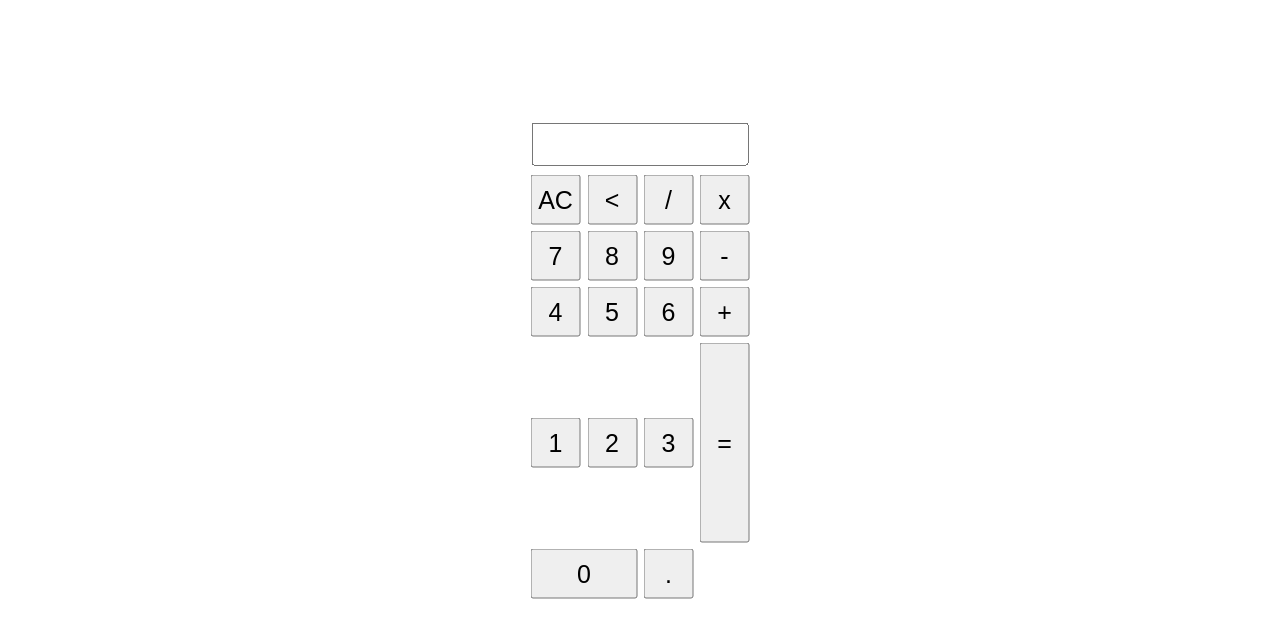
Repository: lacey-crenshaw/calculator
Page: index.html
The author's editor kept a copy of each file at every save. The page is drawn from the files as they stood at one save, then again after the next save.
The browser window is 1280 px wide. The pictures show the whole page.

Above is the page before, as saved 2020-02-14 09:58:37.

After the next save:
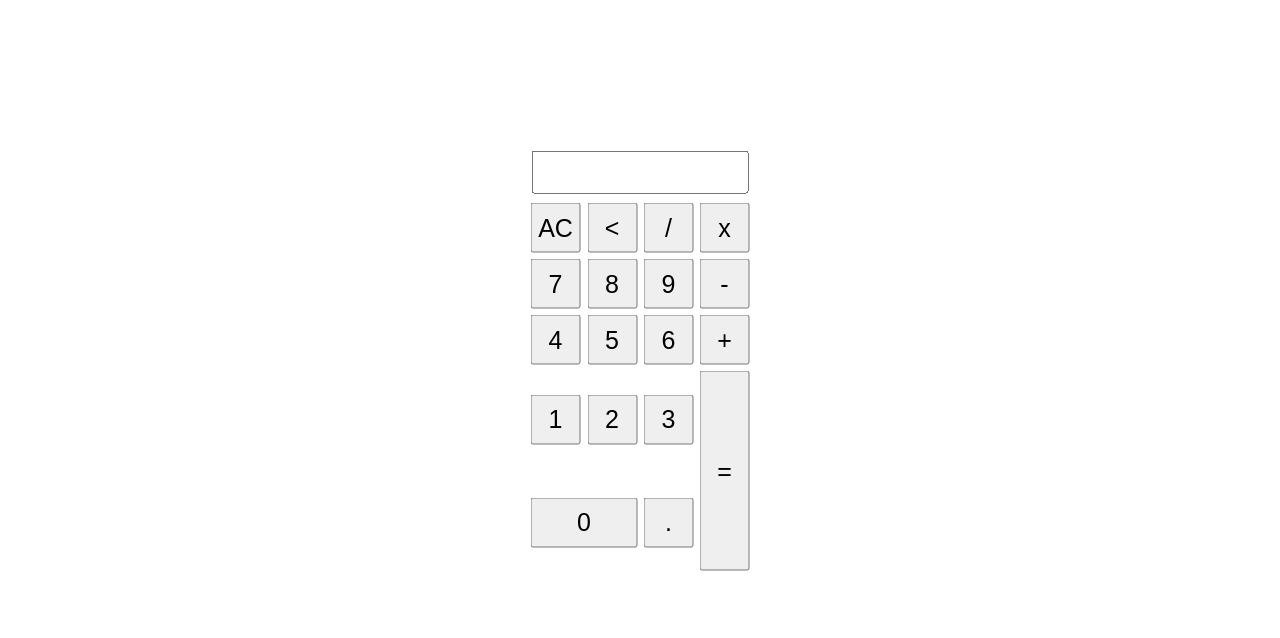
Saved 10 s later.
--- a/index.html
+++ b/index.html
@@ -53,7 +53,7 @@
                 <td><input class="button" type="button" value="1" onclick="insert(1)"> </td>
                 <td><input class="button" type="button" value="2" onclick="insert(2)"> </td>
                 <td><input class="button" type="button" value="3" onclick="insert(3)"> </td>
-                <td><input class="button" id="eq" type="button" value="=" onclick="equal()"></td>
+                <td rowspan="5"><input class="button" id="eq" type="button" value="=" onclick="equal()"></td>
             </tr>
             <tr>
                 <td colspan="2"><input class="button" id="zero" type="button" value="0" onclick="insert(0)">
